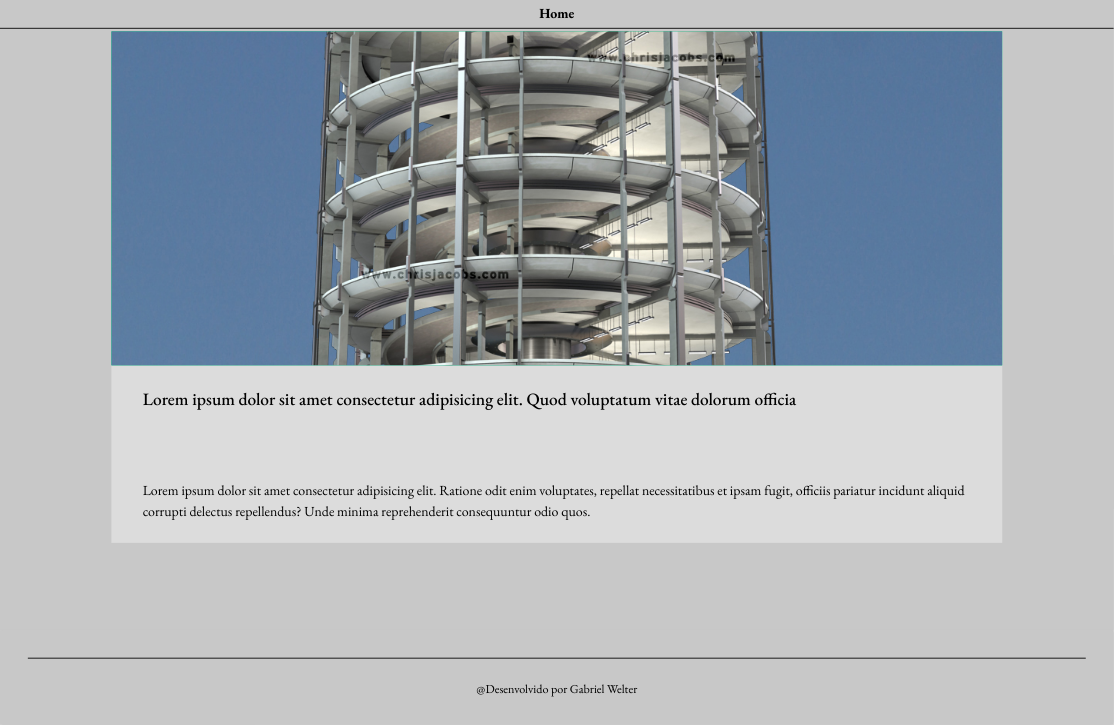
Repository: weltergab/Your-News-2-prismic-cms
Page: /noticiafull
The author's editor kept a copy of each file at every save. The page is drawn from the files as they stood at one save, then again after the next save.
The browser window is 1280 px wide. The pictures show the whole page, at 87% of full size.
The project was rebuilt for these pictures with package versions that can differ from the ones it lists, and the page was loaded fresh each time. The framework's server and built-in components were replaced by stand-ins that run in the browser. Also part of the build but not shown: next.config.js.

Above is the page before, as saved 2023-05-01 22:07:40.

After the next save:
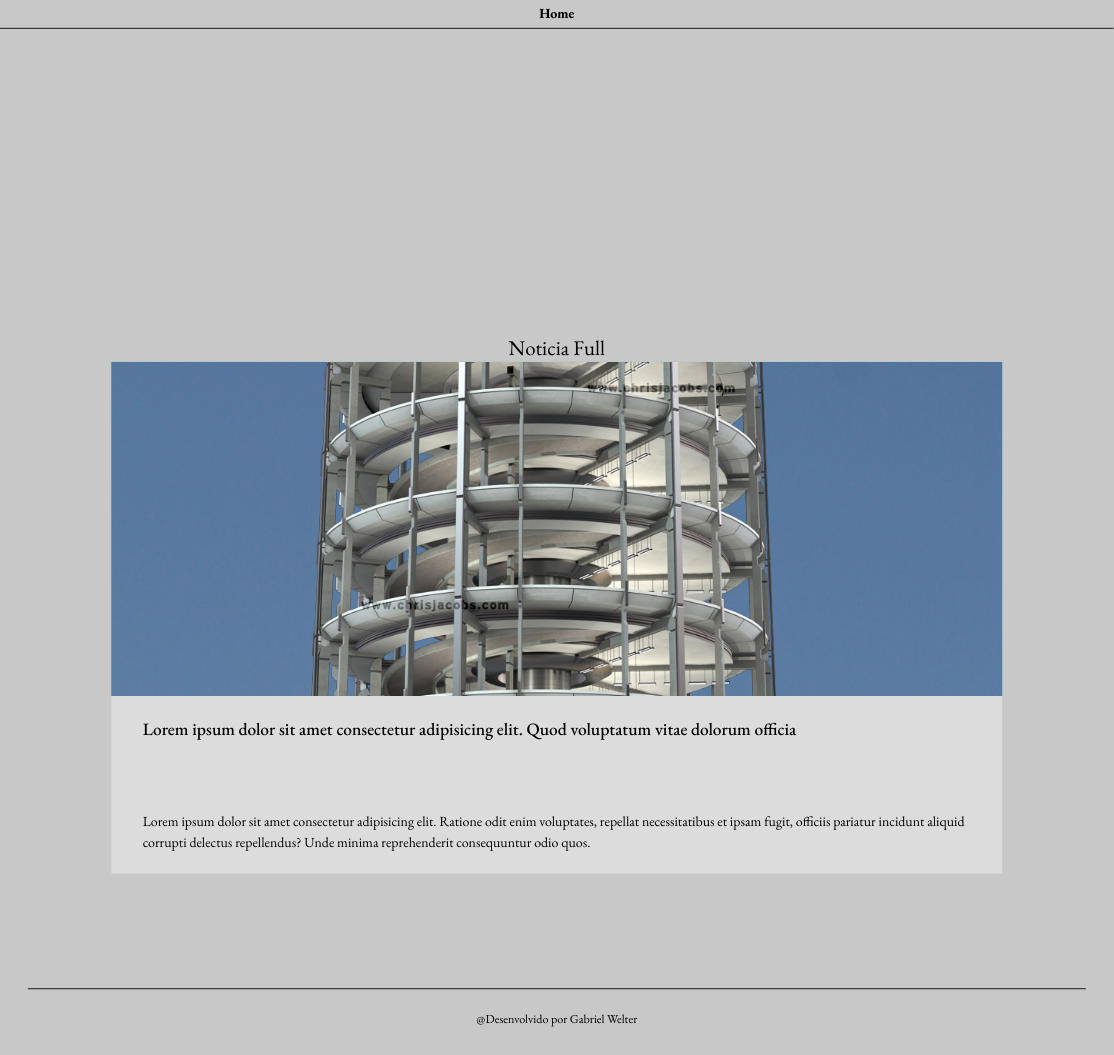
Saved 11 s later.
--- a/src/pages/noticiafull/index.tsx
+++ b/src/pages/noticiafull/index.tsx
@@ -3,7 +3,7 @@
 function NoticiaFull() {
 
   return (
-    <div className='bg-color-bg bg-center bg-cover bg-no-repeat mt-1 min-h-screen items-center flex flex-col'>
+    <div className='bg-color-bg bg-center bg-cover bg-no-repeat mt-96 min-h-screen items-center flex flex-col'>
 
       <h1>Noticia Full</h1>
       <div className="bg-color-bg2 items-center flex flex-col w-full max-w-5xl">

After the save that followed:
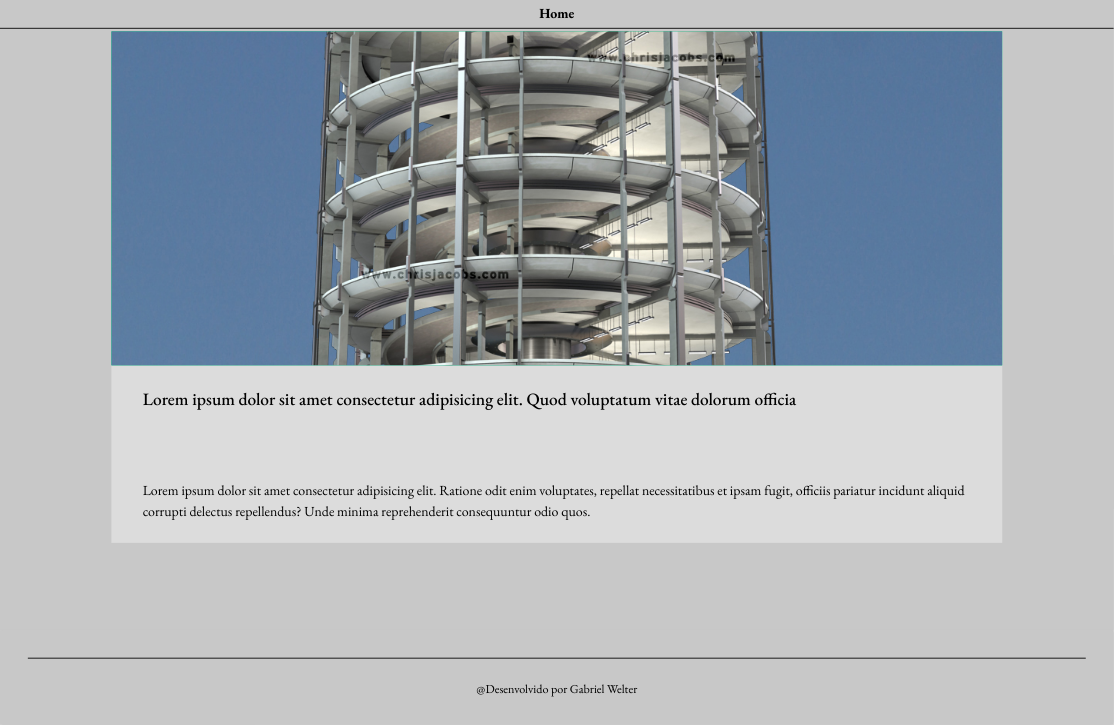
Saved 6 s later.
--- a/src/pages/noticiafull/index.tsx
+++ b/src/pages/noticiafull/index.tsx
@@ -3,7 +3,7 @@
 function NoticiaFull() {
 
   return (
-    <div className='bg-color-bg bg-center bg-cover bg-no-repeat mt-96 min-h-screen items-center flex flex-col'>
+    <div className='bg-color-bg bg-center bg-cover bg-no-repeat mt-1 min-h-screen items-center flex flex-col'>
 
       <h1>Noticia Full</h1>
       <div className="bg-color-bg2 items-center flex flex-col w-full max-w-5xl">
